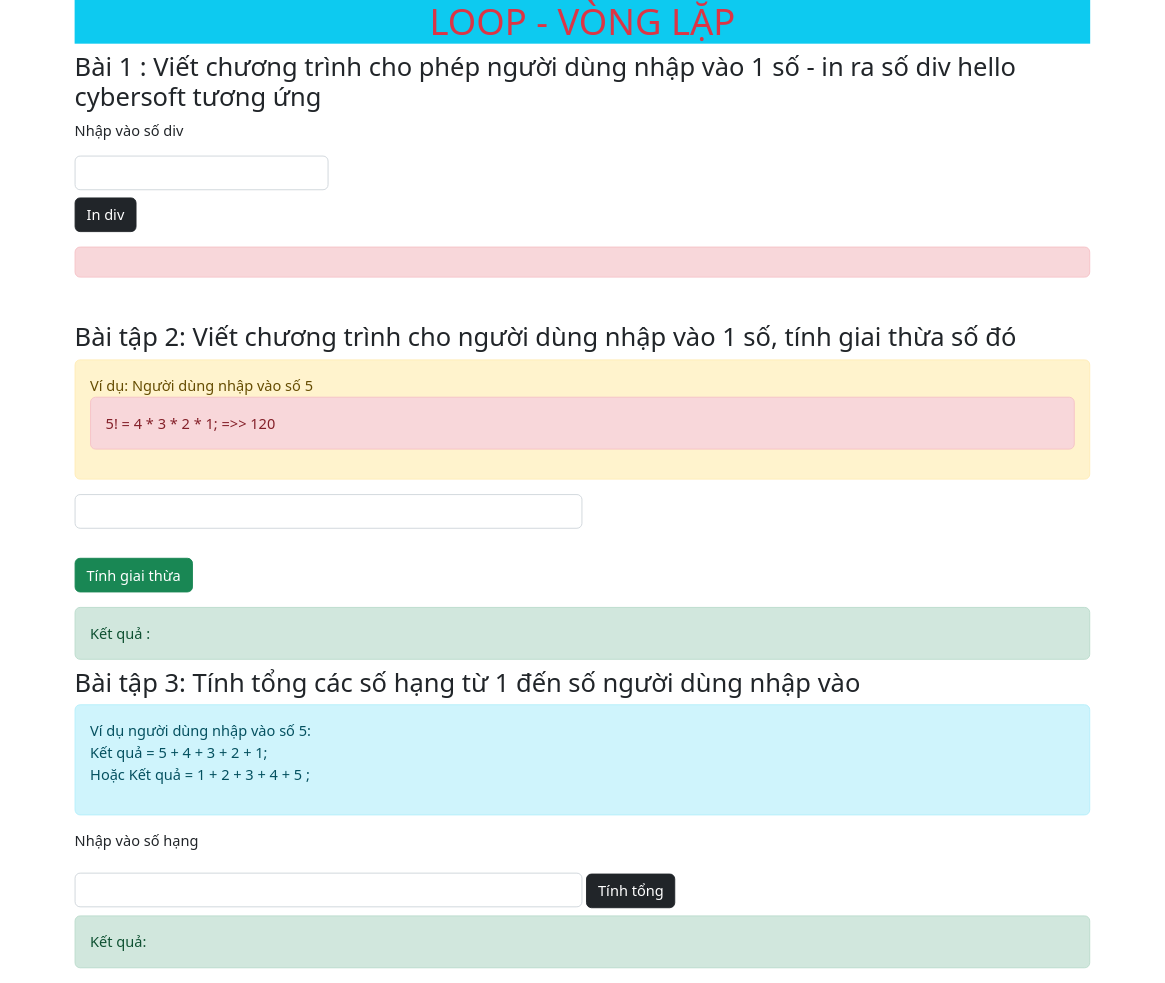
Repository: hcozyph/cyberSoft_JS_fulldocs
Page: JS_6_LOOP/index.html
The author's editor kept a copy of each file at every save. The page is drawn from the files as they stood at one save, then again after the next save.
The browser window is 1280 px wide. The pictures show the whole page, at 91% of full size.

Above is the page before, as saved 2023-02-08 21:07:21.

After the next save:
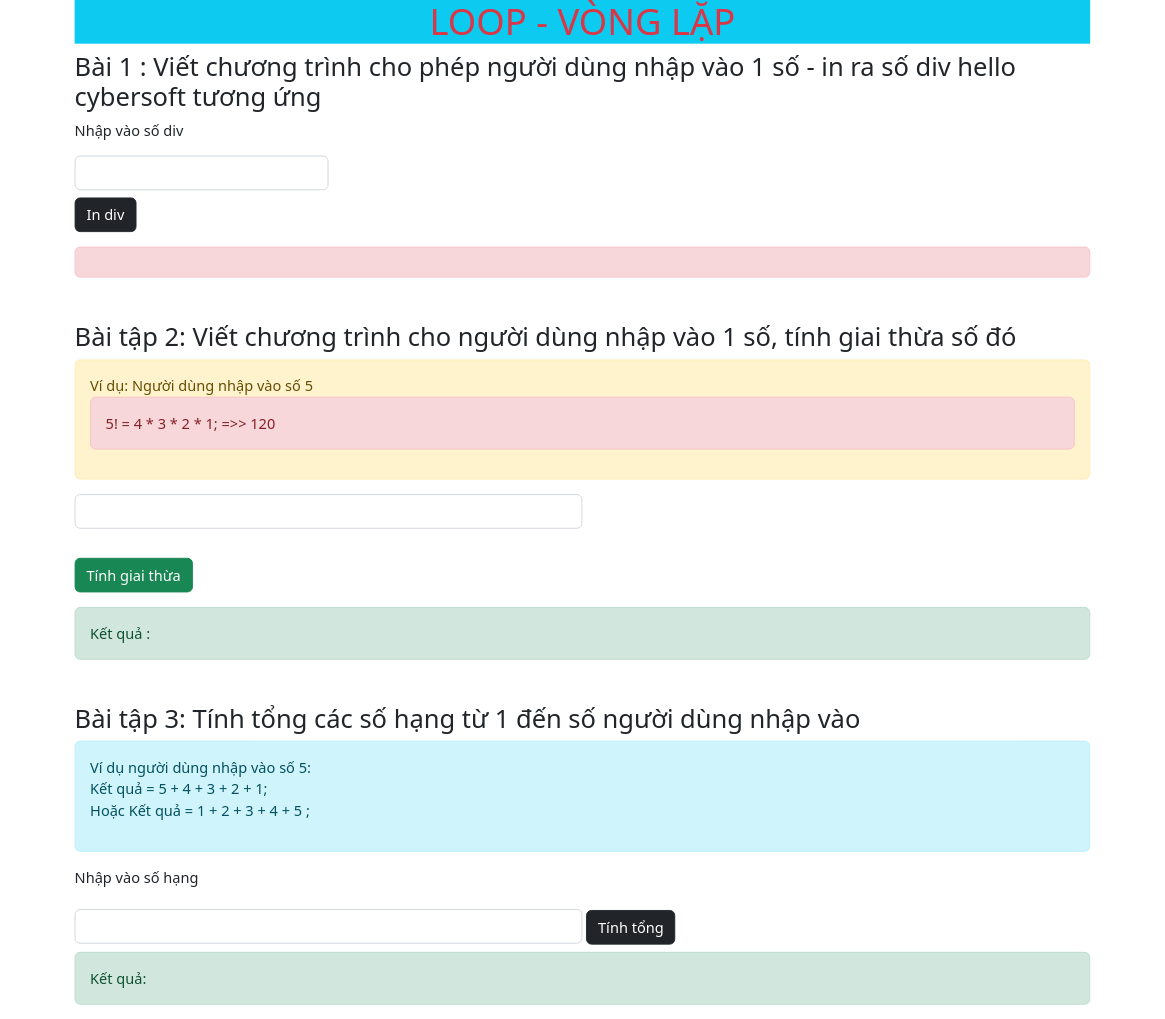
Saved 20 s later.
--- a/JS_6_LOOP/index.html
+++ b/JS_6_LOOP/index.html
@@ -74,7 +74,7 @@
             </p>
 
             <!-- BT3: Tính tổng các số hạng -->
-            <h3>
+            <h3 class="mt-5">
                 Bài tập 3: Tính tổng các số hạng từ 1 đến số người dùng nhập vào
             </h3>
 
